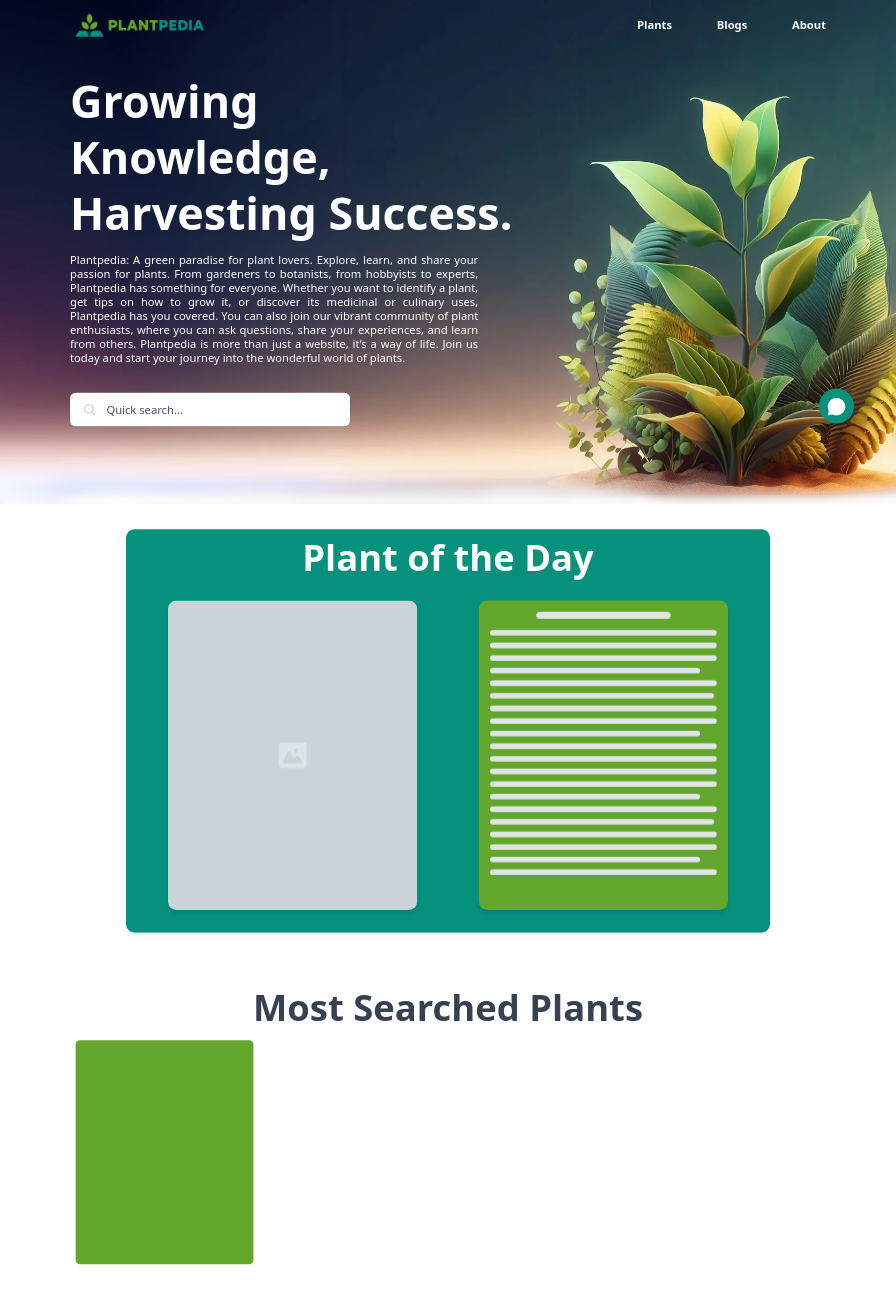
Repository: silham/PlantPedia
Page: /test/home
An editor plug-in stored every save of this project. The page is shown before and after the next save, followed by the edit.
The browser window is 1280 px wide. The pictures show the whole page, at 70% of full size.
The page's requests for data from a server got no answer. The project was rebuilt for these pictures with package versions that can differ from the ones it lists, and the page was loaded fresh each time. The framework's server and built-in components were replaced by stand-ins that run in the browser. No one was signed in, and anything a server would have sent is missing. Also part of the build but not shown: next.config.js, app/components/SearchBox.css, app/test/Chat/style.css, app/utils/Formatter.ts.

Above is the page before, as saved 2023-10-16 16:06:31.

### app/layout.tsx
import "./globals.css";
import "remixicon/fonts/remixicon.css";
import type { Metadata } from "next";

export const metadata: Metadata = {
  title: "Plantpedia",
  description: "Growing knowledge, harvesting success",
};

export default function RootLayout({
  children,
}: {
  children: React.ReactNode;
}) {
  return (
    <html lang="en">
      <head>
        <meta
          name="format-detection"
          content="telephone=no, date=no, email=no, address=no"
        />
      </head>
      <body>{children}</body>
    </html>
  );
}

### app/test/home/page.tsx
import Image from "next/image";
import Link from "next/link";
import "./styles.css";
import { MainSearchBtn, SideSearchBtn } from "./SearchBtns";
import PlantOfDay from "./PlantOfDay";
import Chat from "../Chat/Chat";
import TrendingTopics from "./TrendingTopics";

const Home = () => {
  return (
    <>
      <section className="h-[100vh] w-[100vw] px-[100px] hero bg-cover text-white">
        <header className="h-[10vh] w-full flex justify-between py-2 items-center">
          <div className="h-full flex items-center justify-center">
            <Image src="/plantpedia.png" width={200} height={90} alt="logo" />
          </div>
          <nav className="flex justify-between text-[16px] font-semibold text-white w-[25%]">
            <Link href="/plants">Plants</Link>
            <Link href="/blogs">Blogs</Link>
            <Link href="/about#">About</Link>
          </nav>
        </header>
        <div className="w-[60%] h-full">
          <div className="flex flex-col justify-center h-full">
            <h2 className="text-[64px] font-extrabold leading-tight shadow-sm mb-4 -mt-[150px]">
              Growing Knowledge,
              <br />
              Harvesting Success.
            </h2>
            <h4 className="text-[16px] text-justify leading-tight w-[90%] mb-10">
              Plantpedia: A green paradise for plant lovers. Explore, learn, and
              share your passion for plants. From gardeners to botanists, from
              hobbyists to experts, Plantpedia has something for everyone.
              Whether you want to identify a plant, get tips on how to grow it,
              or discover its medicinal or culinary uses, Plantpedia has you
              covered. You can also join our vibrant community of plant
              enthusiasts, where you can ask questions, share your experiences,
              and learn from others. Plantpedia is more than just a website,
              it’s a way of life. Join us today and start your journey into the
              wonderful world of plants.
            </h4>
            <MainSearchBtn />
          </div>
        </div>
      </section>

      <section className="w-[100vw] px-[180px]">
        <PlantOfDay />
      </section>

      <section className="w-[100vw] px-[100px]">
        <TrendingTopics />
      </section>
      <SideSearchBtn />
      <Chat />
    </>
  );
};

export default Home;

### app/globals.css
@import url("https://fonts.googleapis.com/css2?family=Inter:wght@400;500;600&family=Poppins:wght@400;500;600&display=swap");
@tailwind base;
@tailwind components;
@tailwind utilities;

body {
  padding: 0;
  margin: 0;
  max-width: 100vw;
  overflow-x: hidden;
}

@layer utilities {
  .animation-delay-200 {
    animation-delay: 0.2s;
  }
  .animation-delay-400 {
    animation-delay: 0.4s;
  }
}

.circle {
  @apply w-2 h-2 mx-1 mb-0.5 mt-1 bg-gray-500 rounded-full;
}

### app/test/home/styles.css
.hero {
  background-image: url("/hero-bg.png");
}

.animate-sideSearchBtn-in {
  animation: animation-search-in 500ms ease-in forwards;
}

@keyframes animation-search-in {
  0% {
    opacity: 0;
    right: 0;
  }
  100% {
    opacity: 1;
    right: 60px;
  }
}

.animate-sideSearchBtn-out {
  animation: animation-search-out 500ms ease-out forwards;
}

@keyframes animation-search-out {
  0% {
    opacity: 1;
    right: 60px;
  }
  100% {
    opacity: 0;
    right: 0;
  }
}

### app/test/home/SearchBtns.tsx
"use client";
import SearchBox from "@/app/components/SearchBox";
import { useEffect, useRef } from "react";
import "./styles.css";

export const MainSearchBtn: React.FC = () => {
  const overlayRef = useRef<HTMLDivElement>(null);

  // This function is called when the "Start Searching" button gets clicked
  const openSearch = () => {
    if (overlayRef.current) {
      overlayRef.current.style.width = "100%";
    }
  };

  // This function is called when the "Close" button is clicked
  const closeSearch = () => {
    if (overlayRef.current) {
      overlayRef.current.style.width = "0%";
    }
  };
  return (
    <>
      <div>
        <button
          onClick={openSearch}
          type="button"
          className="hidden sm:flex items-center w-[400px] text-left space-x-3 px-4 h-12 bg-white ring-1 ring-slate-900/10 hover:ring-slate-300 focus:outline-none focus:ring-2 focus:ring-sky-500 shadow-sm rounded-lg text-slate-600"
        >
          <svg
            width="24"
            height="24"
            fill="none"
            stroke="currentColor"
            strokeWidth="2"
            strokeLinecap="round"
            strokeLinejoin="round"
            className="flex-none text-slate-300 dark:text-slate-400"
            aria-hidden="true"
          >
            <path d="m19 19-3.5-3.5"></path>
            <circle cx="11" cy="11" r="6"></circle>
          </svg>
          <span className="flex-auto">Quick search...</span>
        </button>
      </div>
      {/* The search overlay */}
      <div
        ref={overlayRef}
        className="flex h-[100vh] max-h-[100vh] w-0 fixed top-0 left-0 bg-black bg-opacity-90 duration-500 overflow-hidden z-10 "
      >
        <button
          className="absolute top-[20px] right-10 text-[60px] border-none bg-transparent cursor-pointer text-white"
          onClick={closeSearch}
        >
          &times;
        </button>
        <div className="relative top-[15%] w-full text-center mt-[30px] ">
          <SearchBox
            props={{
              n: 8,
              content: "",
              className:
                "relative w-[88%] flex justify-between items-center mx-[80px] rounded-full bg-[#EEF5B1] text-black",
              classNameUl:
                "absolute top-full left-0 right-0 z-10 bg-[#EEF5B1] rounded-lg shadow-lg overflow-hidden mt-[3px]",
              classNameLi: "border-b-[1px] border-gray-400",
              classNameLink:
                "px-4 py-2 hover:bg-gray-400 transition-colors flex flex-row justify-between items-center",
            }}
          />
        </div>
      </div>
    </>
  );
};

export const SideSearchBtn: React.FC = () => {
  const overlayRef = useRef<HTMLDivElement>(null);

  // This function is called when the "Start Searching" button gets clicked
  const openSearch = () => {
    if (overlayRef.current) {
      overlayRef.current.style.width = "100%";
    }
  };

  // This function is called when the "Close" button is clicked
  const closeSearch = () => {
    if (overlayRef.current) {
      overlayRef.current.style.width = "0%";
    }
  };
  useEffect(() => {
    const handleScroll = () => {
      const sideSearchBtn = document.getElementById("sideSearchBtn");
      var vh = window.innerHeight;
      var scrollHeight = window.scrollY;
      if (
        scrollHeight < vh * 0.2 &&
        sideSearchBtn?.classList.contains("animate-sideSearchBtn-in")
      ) {
        sideSearchBtn.classList.remove("animate-sideSearchBtn-in");
        sideSearchBtn.classList.add("animate-sideSearchBtn-out");
      }
      if (scrollHeight >= vh * 0.2) {
        sideSearchBtn?.classList.remove("animate-sideSearchBtn-out");
        sideSearchBtn?.classList.add("animate-sideSearchBtn-in");
      }
    };

    window.addEventListener("scroll", handleScroll);

    // Cleanup function to remove the event listener
    return () => {
      window.removeEventListener("scroll", handleScroll);
    };
  }, []); // Empty dependency array means this effect runs once on mount and cleanup on unmount

  return (
    <>
      <div
        id="sideSearchBtn"
        className="fixed bottom-[50px] right-0 opacity-0 rounded-full bg-custom-blue-green shadow-xl w-[50px] h-[50px] flex items-center justify-center cursor-pointer"
        onClick={openSearch}
      >
        <i className="text-[24px] text-white ri-search-2-line"></i>
      </div>
      {/* The search overlay */}
      <div
        ref={overlayRef}
        className="flex h-[100vh] max-h-[100vh] w-0 fixed top-0 left-0 bg-black bg-opacity-90 duration-500 overflow-hidden z-10 "
      >
        <button
          className="absolute top-[20px] right-10 text-[60px] border-none bg-transparent cursor-pointer text-white"
          onClick={closeSearch}
        >
          &times;
        </button>
        <div className="relative top-[15%] w-full text-center mt-[30px] ">
          <SearchBox
            props={{
              n: 8,
              content: "",
              className:
                "relative w-[88%] flex justify-between items-center mx-[80px] rounded-full bg-[#EEF5B1] text-black",
              classNameUl:
                "absolute top-full left-0 right-0 z-10 bg-[#EEF5B1] rounded-lg shadow-lg overflow-hidden mt-[3px]",
              classNameLi: "border-b-[1px] border-gray-400",
              classNameLink:
                "px-4 py-2 hover:bg-gray-400 transition-colors flex flex-row justify-between items-center",
            }}
          />
        </div>
      </div>
    </>
  );
};

### app/test/home/TrendingTopics.tsx
import React from "react";
import PlantCard from "./PlantCard";

const TrendingTopics = () => {
  return (
    <div className="flex w-full py-8 flex-col">
      <div className="w-full flex justify-center">
        <h3 className="text-[52px] text-gray-700 font-black">
          Most Searched Plants
        </h3>
      </div>
      <div className="w-full flex flex-wrap ">
        <PlantCard />
      </div>
    </div>
  );
};

export default TrendingTopics;

### app/components/SearchBox.tsx
"use client";
import Link from "next/link";
import { useEffect, useRef, useState } from "react";
import "./SearchBox.css";
import UrlGen from "../utils/SlugGen";

interface Props {
  props: {
    content: string;
    className: string;
    classNameUl: string;
    classNameLi: string;
    classNameLink: string;
    n: number;
  };
}

function SearchBox({ props }: Props) {
  const [searchTerm, setSearchTerm] = useState("");
  const [results, setResults] = useState([
    {
      id: "",
      common_name: "",
      scientific_name: "",
      type: "",
    },
  ]);
  const [isFocused, setIsFocused] = useState(false);
  const containerRef = useRef<HTMLDivElement>(null);
  const searchRef = useRef<HTMLInputElement>(null);

  let type = "";
  let term = "";
  const handleChange = async () => {
    if (searchRef.current !== null) {
      term = searchRef.current.value;
    }
    setSearchTerm(term);
    if (term.length > 0) {
      try {
        const res = await fetch(
          `http://localhost:3000/api/searchbar?q=${term}&type=${type}`
        );
        const data = await res.json();
        console.log(data);
        setResults(data);
        console.log(results);
      } catch (error) {
        console.log(error);
      }
    }
  };

  const clearSearch = () => {
    if (searchRef.current !== null) {
      searchRef.current.value = "";
    }

    setSearchTerm("");
    handleChange();
  };

  const handleFocus = () => {
    setIsFocused(true);
  };

  const handleBlur = () => {
    setTimeout(() => {
      setIsFocused(false);
    }, 500);
  };

  const handleClickOutside = (event: MouseEvent) => {
    if (
      containerRef.current &&
      !containerRef.current.contains(event.target as Node)
    ) {
      setIsFocused(false);
    }
  };

  useEffect(() => {
    document.addEventListener("mousedown", handleClickOutside);
    return () => {
      document.removeEventListener("mousedown", handleClickOutside);
    };
  }, []);

  useEffect(() => {
    if (searchRef.current) {
      searchRef.current.value = props.content;
      setSearchTerm(props.content);
    }
  }, []);

  return (
    <div className={props.className} ref={containerRef}>
      <input
        type="text"
        spellCheck="false"
        placeholder="Search for plants, plant disease & solutions and blogs..."
        className="w-[95%] h-[40px] focus:outline-none px-[15px] bg-transparent"
        maxLength={200}
        value={searchTerm}
        onChange={handleChange}
        id="searchBar"
        onFocus={handleFocus}
        onBlur={handleBlur}
        ref={searchRef}
        autoComplete="off"
        autoFocus
      />
      <div
        className="bg-black w-[32px] h-[32px] rounded-full mr-[4px] flex justify-center items-center cursor-pointer"
        onClick={clearSearch}
      >
        <i
          className={`text-[22px] text-white ${
            searchTerm ? "ri-close-line" : "ri-search-2-line"
          }`}
        ></i>
      </div>
      {searchTerm && isFocused && (
        <ul className={props.classNameUl}>
          <li className={props.classNameLi}>
            <Link
              href={`/api/search?q=${searchTerm}`}
              className={props.classNameLink}
            >
              {searchTerm}
            </Link>
          </li>
          {results[0].id != "" &&
            results.slice(0, props.n).map(
              (
                result: {
                  id: string;
                  type: string;
                  common_name: string;
                  scientific_name: string;
                },
                index
              ) => (
                <li key={index} className={props.classNameLi}>
                  <Link
                    href={UrlGen(
                      result.type.toLowerCase(),
                      result.scientific_name
                    )}
                    className={props.classNameLink}
                  >
                    <div className="flex">
                      <h4 className="font-semibold">{result.common_name}</h4>
                      <h5 className="text-gray-700 italic">
                        &nbsp;&#40;{result.scientific_name}&#41;
                      </h5>
                    </div>
                    <div
                      className={`rounded-full px-[7px] text-[12px] capitalize ${
                        result.type == "PLANTS"
                          ? "bg-green-400"
                          : result.type == "PESTS"
                          ? "bg-red-400"
                          : result.type == "BLIGHTS"
                          ? "bg-red-400"
                          : result.type == "PESTICIDES"
                          ? "bg-yellow-400"
                          : "bg-blue-400"
                      }`}
                    >
                      {result.type.toLowerCase()}
                    </div>
                  </Link>
                </li>
              )
            )}
        </ul>
      )}
    </div>
  );
}

export default SearchBox;

### app/utils/TextShorter.tsx
const TextShorter = (text: string, letters: number) => {
  if (text.length > letters) {
    return text.slice(0, letters - 2) + "...";
  } else {
    return text;
  }
};

export default TextShorter;

### app/utils/SlugGen.ts
const UrlGen = (type: string,scientific_name: string) => {
    let slug = scientific_name.replace(/ /g, "-").toLowerCase();
    let url = "/" + type.toLowerCase() + "/" + slug
    return url
}

export default UrlGen

### app/test/home/PlantCard.tsx
import React from "react";

const PlantCard = () => {
  return (
    <div className="w-[25%] p-2">
      <div className="w-full h-80 bg-custom-green rounded-md"></div>
    </div>
  );
};

export default PlantCard;

### tailwind.config.ts
import type { Config } from 'tailwindcss'

const config: Config = {
  content: [
    './pages/**/*.{js,ts,jsx,tsx,mdx}',
    './components/**/*.{js,ts,jsx,tsx,mdx}',
    './app/**/*.{js,ts,jsx,tsx,mdx}',
  ],
  theme: {
    extend: {
      backgroundImage: {
        'gradient-radial': 'radial-gradient(var(--tw-gradient-stops))',
        'gradient-conic':
          'conic-gradient(from 180deg at 50% 50%, var(--tw-gradient-stops))',
      },
      colors:{
        'custom-green': '#62A72B',
        'custom-blue-green': '#06917D',
      },
      animation: {
        loader: 'loader 0.6s infinite alternate'
      },
      keyframes: {
        loader: {
          to: {
            opacity: "0.1",
            transform: 'translate3d(0, -0.3rem, 0)'
          }
        }
      }
    },
  },
  plugins: [],
}
export default config

Loaded but not shown: app/test/Chat/Chat.tsx (199 lines, source omitted); app/test/home/PlantOfDay.tsx (139 lines, source omitted)

After the next save:
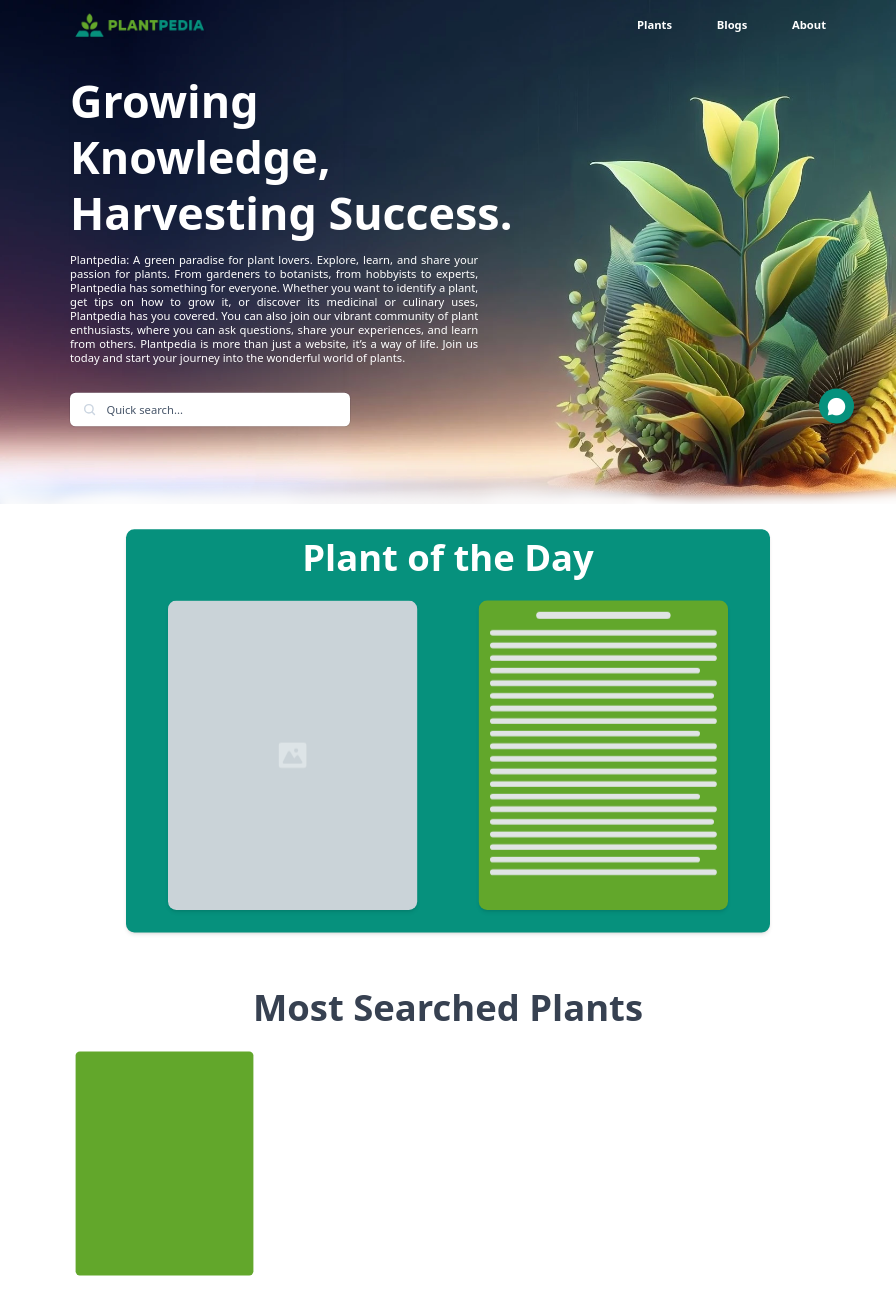
Saved 40 s later.
--- a/app/test/home/TrendingTopics.tsx
+++ b/app/test/home/TrendingTopics.tsx
@@ -9,7 +9,7 @@ const TrendingTopics = () => {
           Most Searched Plants
         </h3>
       </div>
-      <div className="w-full flex flex-wrap ">
+      <div className="w-full flex flex-wrap mt-4">
         <PlantCard />
       </div>
     </div>
